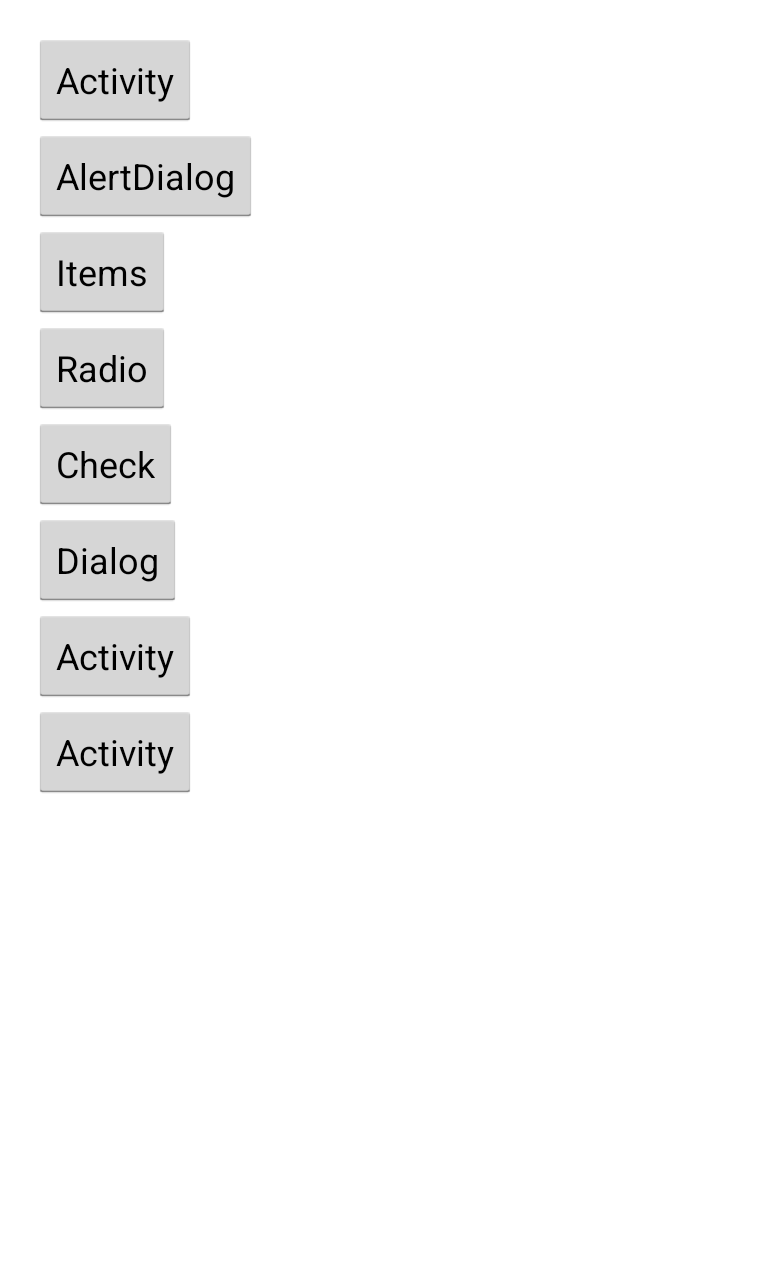
Repository: felipemfp/android-workspace
Layout: Aula05/res/layout/activity_main.xml
An editor plug-in stored every save of this project. The layout is shown before and after the next save, followed by the edit.
It is drawn on a 768 x 1280 px phone screen (xhdpi) without system bars, with theme AppTheme; the app's code is not run.

Above is the layout before, as saved 2015-12-15 11:54:38.

### Aula05/res/layout/activity_main.xml
<LinearLayout xmlns:android="http://schemas.android.com/apk/res/android"
    xmlns:tools="http://schemas.android.com/tools"
    android:layout_width="match_parent"
    android:layout_height="match_parent"
    android:orientation="vertical"
    android:paddingBottom="@dimen/activity_vertical_margin"
    android:paddingLeft="@dimen/activity_horizontal_margin"
    android:paddingRight="@dimen/activity_horizontal_margin"
    android:paddingTop="@dimen/activity_vertical_margin"
    tools:context=".MainActivity" >

   	<Button
   	    android:layout_width="wrap_content"
   	    android:layout_height="wrap_content"
   	    android:text="Activity"
   	   	android:id="@+id/btnActivity"/>


   	<Button
   	    android:layout_width="wrap_content"
   	    android:layout_height="wrap_content"
   	    android:text="AlertDialog"
   	   	android:id="@+id/btnDialog1"/>


   	<Button
   	    android:layout_width="wrap_content"
   	    android:layout_height="wrap_content"
   	    android:text="Items"
   	   	android:id="@+id/btnDialog2"/>

   	<Button
   	    android:layout_width="wrap_content"
   	    android:layout_height="wrap_content"
   	    android:text="Radio"
   	   	android:id="@+id/btnDialog3"/>

   	<Button
   	    android:layout_width="wrap_content"
   	    android:layout_height="wrap_content"
   	    android:text="Check"
   	   	android:id="@+id/btnDialog4"/>

   	<Button
   	    android:layout_width="wrap_content"
   	    android:layout_height="wrap_content"
   	    android:text="Dialog"
   	   	android:id="@+id/btnDialog5"/>

   	<Button
   	    android:layout_width="wrap_content"
   	    android:layout_height="wrap_content"
   	    android:text="Activity"
   	   	android:id="@+id/btnDialog6"/>


   	<Button
   	    android:layout_width="wrap_content"
   	    android:layout_height="wrap_content"
   	    android:text="Activity"
   	   	android:id="@+id/btnDialog7"/>

</LinearLayout>

Loaded but not shown: Aula05/res/values/styles.xml (common file); Aula05/res/values-v11/styles.xml (common file); Aula05/res/values-v14/styles.xml (common file); Aula05/res/values/dimens.xml (common file)

After the next save:
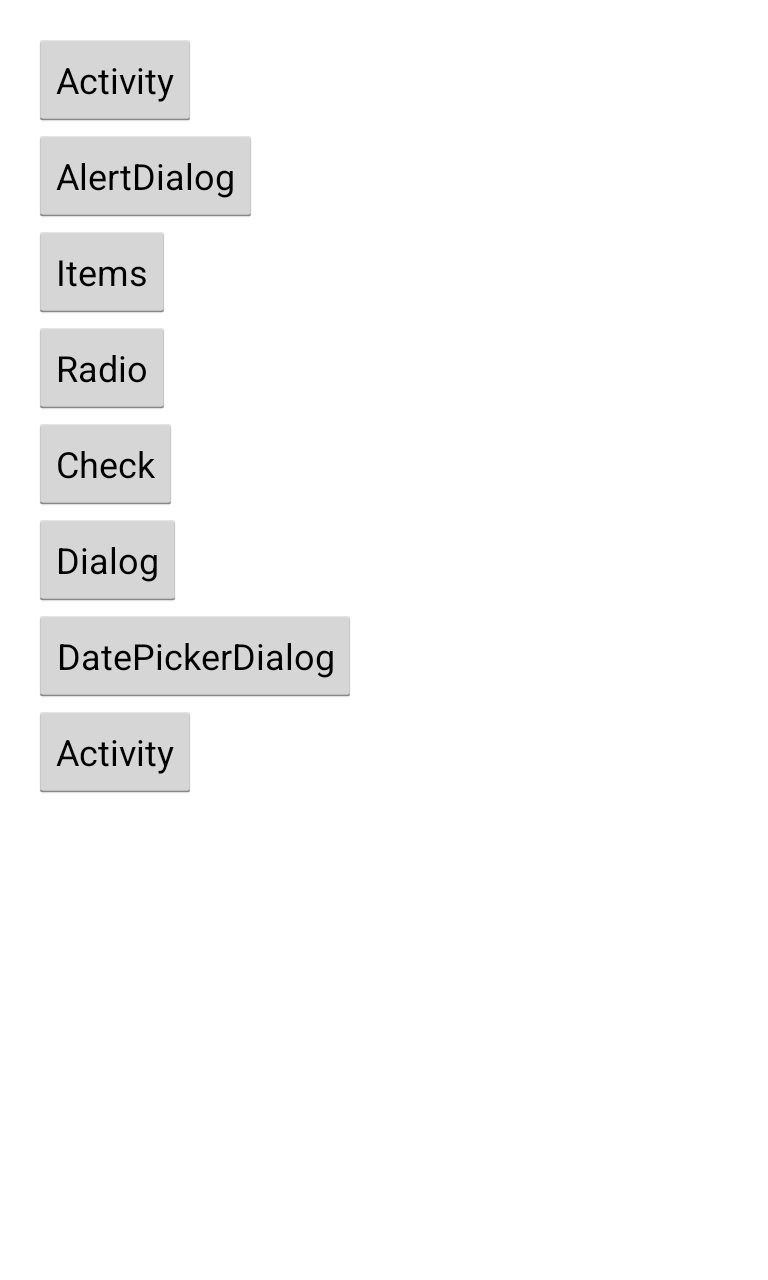
Saved 12 s later.
--- a/Aula05/res/layout/activity_main.xml
+++ b/Aula05/res/layout/activity_main.xml
@@ -50,7 +50,7 @@
    	<Button
    	    android:layout_width="wrap_content"
    	    android:layout_height="wrap_content"
-   	    android:text="Activity"
+   	    android:text="DatePickerDialog"
    	   	android:id="@+id/btnDialog6"/>
 
 
